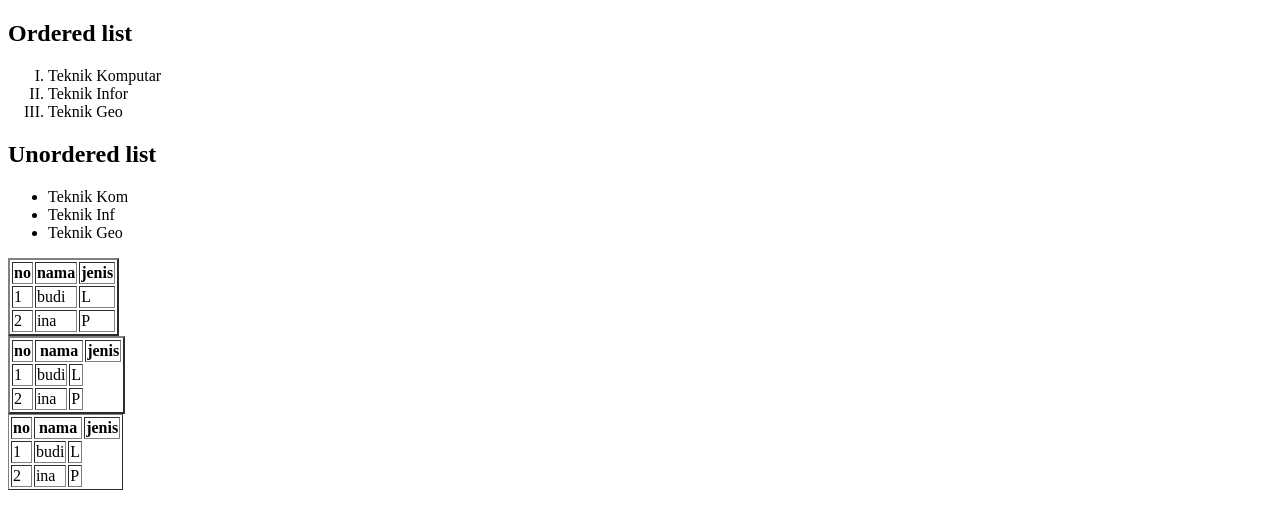
Repository: keyx-alt/pemrograman_web
Page: list.html
The author's editor kept a copy of each file at every save. The page is drawn from the files as they stood at one save, then again after the next save.
The browser window is 1280 px wide. The pictures show the whole page.

Above is the page before, as saved 2026-04-16 14:00:57.

After the next save:
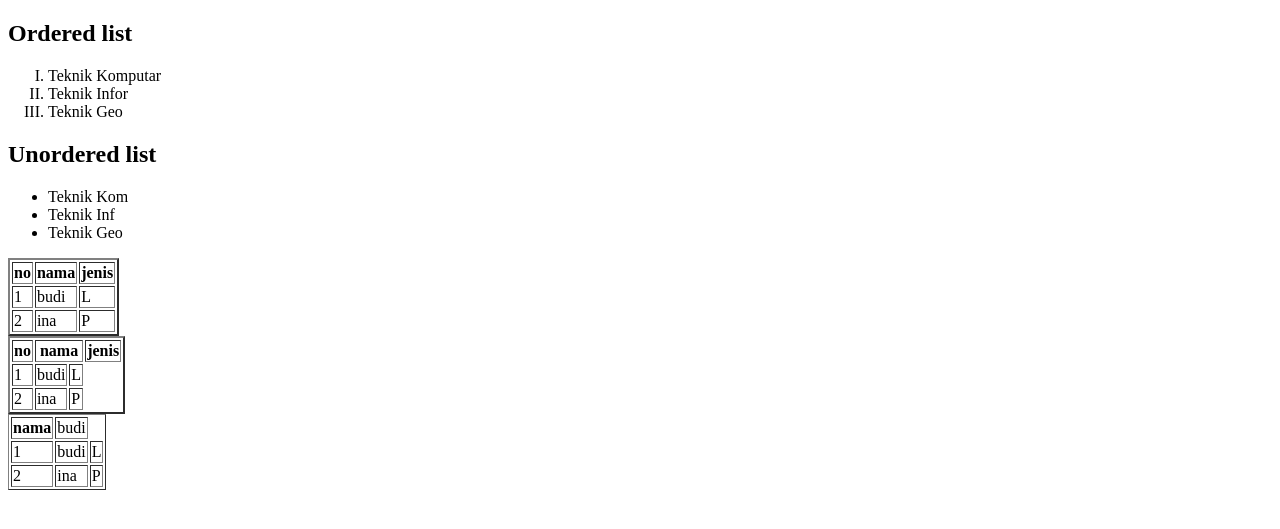
Saved 86 s later.
--- a/list.html
+++ b/list.html
@@ -60,9 +60,8 @@
 
     <table border="1">
         <tr>
-            <th>no</th>
-            <th colspan="2">nama</th>
-            <th>jenis</th>
+            <th>nama</th>
+            <td>budi</td>
         </tr>
         <tr>
             <td>1</td>
